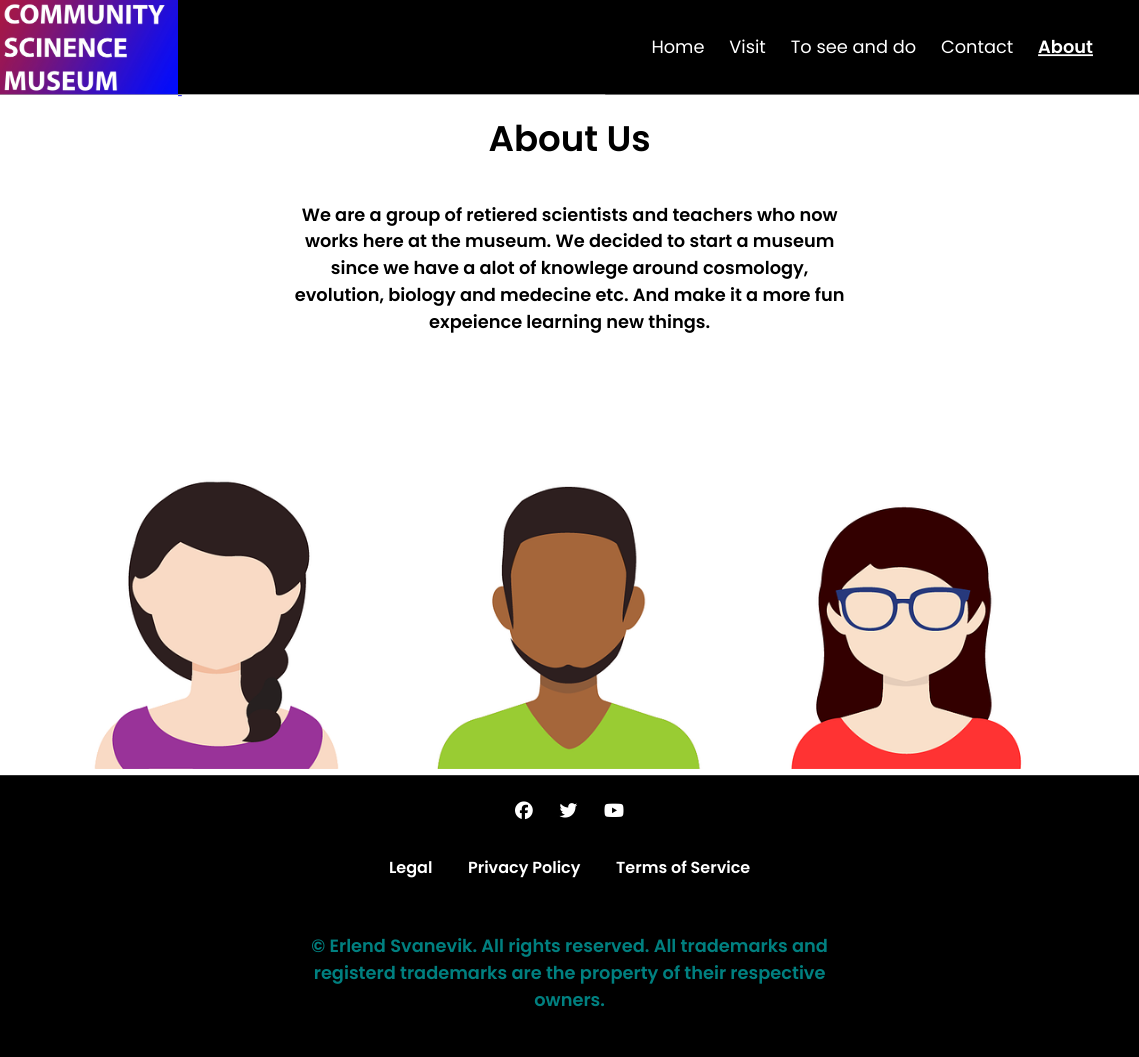
Repository: EpleWasTaken/Semester-Project
Page: about.html
These files come from the project's save history. The page is drawn as it stood at one moment and after the next save; the edit follows.
The browser window is 1280 px wide. The pictures show the whole page, at 89% of full size.
Some web libraries are served in a nearby version.

Above is the page before, as saved 2020-12-12 13:04:51.

### about.html
<!DOCTYPE html>
<html lang="en">
<head>
    <meta charset="UTF-8">
    <meta name="viewport" content="width=device-width, initial-scale=1.0">
    <meta name="keywords" content="museum, science museum, community museum">
    <meta name="author" content="Erlend Molvik Svanevik">
    <title>CMS About</title>

    <link rel="preconnect" href="https://fonts.gstatic.com">
    <link href="https://fonts.googleapis.com/css2?family=Poppins:ital,wght@0,100;0,200;0,300;0,400;0,500;0,600;1,100;1,200;1,300;1,400;1,500;1,600&display=swap" rel="stylesheet">
    <link rel="stylesheet" href="./css/styles.css">
    <link rel="stylesheet" href="./css/footer.css">
    <link rel="stylesheet" href="/css/hamburger.css">
    <script src="https://kit.fontawesome.com/cafca22d75.js" crossorigin="anonymous"></script>
</head>


<!--NAVIGAION, LOGO AND SEARCH BAR-->


<body>
    <header>
        <a href="index.html" aria-label="Go to frontpage">
            <img src="/Images/CommunityScienceMuseum.jpg" class="logo" alt="Community Science Museum logo">
        </a>
        <label class="hamburger-label" for="hamburger-menu" aria-label="Hamburger menu for navigation"><i class="fas fa-bars fa-2x"></i></label>
        <input type="checkbox" id="hamburger-menu">
        <nav>
            <ul class="nav">
                <li><a href="index.html" aria-label="Go to home page">Home</a></li>
                <li><a href="visit.html" aria-label="Go to the visit page">Visit</a></li>
                <li><a href="to-see-and-do.html" aria-label="Go to: To see and do">To see and do</a></li>
                <li><a href="contact.html" aria-label="Go to the contact page">Contact</a></li>
                <li><a href="about.html" aria-label="Go to the about page" class="active">About</a></li>
            </ul>
        </nav>
    </header>


<!--CONTENT-->


<main>
    <div class="about-container">
        <div class="about-page">
            <h2>About Us</h2>
            <p>We are a group of retiered scientists and teachers who now works here at the museum. We decided to start a museum since we have a alot of knowlege around cosmology, evolution, biology and medecine etc. And make it a more fun expeience learning new things.</p>
        </div>
    </div>
    <img src="./Images/Avatar2.png">
</main>


<!--FOOTER, TOS/LEGAL/PRIVACY-POLICY AND SOCIALS-->


    <footer class="footer">
        <div class="footer-container">
            <ul class="footer-social">
                <li>
                    <a href="#0" class="facebook"><i class="fab fa-facebook"></i></a>
                </li>
                <li>
                    <a href="#0" class="twitter"><i class="fab fa-twitter"></i></a>
                </li>
                <li>
                    <a href="#0" class="youtube"><i class="fab fa-youtube"></i></a>
                </li>
            </ul>
        </div>
        <div class="footer-container">
            <div class="footer-legal">
                <a href="#0">Legal</a>
                <a href="#0">Privacy Policy</a>
                <a href="#0">Terms of Service</a>
            </div>
            <div class="footer-copyright">
                <p>&copy; Erlend Svanevik. All rights reserved. All trademarks and registerd trademarks are the property of
                   their respective owners.
                </p>
            </div>
        </div>
    </footer>
</body>
</html>

### css/styles.css
* {
	margin: 0px;
	padding: 0px;
	box-sizing: border-box;
}

body {
	font-family: 'poppins', sans-serif;
	background: white;
}

nav {
	background-color: black;
}

header {
	background: black;
	height: 53.13px;
}

.logo {
	max-width: 100px;
}

a.fas.fa-phone,
a.fas.fa-envelope {
	display: flex;
	justify-content: center;
	align-items: center;
	font-size: 30px;
}

.contact-form {
	display: flex;
	flex-direction: column;
	justify-content: center;
	align-items: center;
	margin: auto;
}

.email {
	display: flex;
}

/* NAVIGATION/HAMBURGER MENU/CLICKEBLE
-------------------------------------------*/

/*PICTURES
-----------------------------------------------*/

.homepic,
.space,
.mammoth,
.people,
.science,
.ant {
	width: auto;
	max-width: 100%;
	height: auto;
	margin-bottom: 3vh;
}

/*TEXT/FONT/TEXT ALIGNMENY
--------------------------------------------------*/

h1 {
	display: flex;
	align-items: center;
	justify-content: center;
	margin-left: auto;
	margin-right: auto;
	font-weight: 600;
	font-size: 30px;
	margin: 40px;
	text-align: center;
}

h2 {
	display: flex;
	align-items: center;
	justify-content: center;
	margin-left: auto;
	margin-right: auto;
	font-weight: 600;
	font-size: 25px;
	margin: 40px;
	text-align: center;
}

h3 {
	display: flex;
	align-items: center;
	justify-content: center;
	font-weight: 600;
	font-size: 20px;
	margin: 40px;
	text-align: center;
}

p {
	display: flex;
	align-items: center;
	justify-content: center;
	font-weight: 600;
	font-size: 15px;
	margin: 40px;
	max-width: 70%;
	margin-left: auto;
	margin-right: auto;
	text-align: center;
}

.open-hours p {
	margin: 20px;
	margin-left: auto;
	margin-right: auto;
	align-items: center;
	justify-content: center;
	text-align: center;
}

.contact-container {
	display: flex;
	flex-direction: row;
	align-items: center;
}

.mail {
	display: flex;
	justify-content: center;
	align-items: center;
}

@media screen and (min-width: 1024px) {
	body {
		font-family: 'poppins', sans-serif;
		font-weight: 400;
	}

	header {
		height: 106.25px;
	}

	.logo {
		max-width: 200px;
	}

	.homepic {
		display: flex;
		flex-direction: column;
		justify-content: center;
		align-items: center;
		max-width: 1664px;
		margin-left: auto;
		margin-right: auto;
	}

	h1,
	h2,
	h3,
	p {
		display: flex;
		align-items: center;
		justify-content: center;
	}

	h1 {
		font-size: 60px;
		margin: 40px;
	}

	h2 {
		font-size: 40px;
		margin: 20px;
	}

	h3 {
		font-size: 30px;
		margin: 15px;
	}

	p {
		font-size: 20px;
		margin: 40px;
		max-width: 50%;
		margin-left: auto;
		margin-right: auto;
	}

	.space,
	.mammoth,
	.people,
	.science,
	.ant {
		display: flex;
		left: 0;
		right: 0;
		max-width: 800px;
		justify-content: center;
		align-items: center;
		margin: auto;
		padding: 4vh;
	}
}

### css/footer.css
/* FOOTER */

* {
	padding: 0;
	margin: 0;
	box-sizing: border-box;
}

footer {
	display: flex;
	flex-direction: column;
	justify-content: center;
	align-items: center;
	background-color: black;
	font-family: 'Poppins', sans-serif;
	font-weight: 600;
	padding: 10px;
}

.footer-container {
	display: flex;
	flex-direction: column;
	justify-content: center;
	align-items: center;
}

.footer-social {
	font-size: 35px;
}

.footer-social li a {
	color: white;
}

.footer-legal {
	display: flex;
	flex-direction: column;
	text-decoration: none;
	align-items: center;
	justify-content: center;
	font-size: 20px;
}

.footer-legal a {
	display: flex;
	text-decoration: none;
	flex-direction: row;
	padding: 15px;
}

.footer-social li a.facebook:hover {
	color: #3b5998;
}

.footer-social li a.twitter:hover {
	color: #00acee;
}

.footer-social li a.youtube:hover {
	color: #c4302b;
}

.footer-legal a {
	color: white;
}

.footer-legal a:hover {
	color: #008080;
}

.footer-copyright {
	display: flex;
	flex-direction: column;
	text-decoration: none;
	justify-content: center;
	align-items: center;
	text-align: center;
	font-size: 14px;
	color: #008080;
}

ul {
	list-style: none;
}

@media screen and (min-width: 1024px) {
	.footer-legal {
		display: flex;
		flex-direction: row;
		justify-content: center;
		align-items: center;
		font-size: 18px;
	}

	.footer-legal a {
		display: flex;
		flex-direction: row;
		justify-content: center;
		align-items: center;
		padding: 20px;
	}

	.footer-social {
		display: flex;
		flex-direction: row;
		justify-content: center;
		align-items: center;
		text-decoration: none;
	}

	.footer-container {
		text-decoration: none;
	}

	.footer-social li {
		display: flex;
		flex-direction: row;
		text-decoration: none;
		margin: 15px;
	}
}

### css/hamburger.css
* {
	margin: 0px;
	padding: 0px;
	box-sizing: border-box;
}

nav,
#hamburger-menu {
	display: none;
	z-index: 1;
}

nav ul {
	padding: 0px;
}

nav li {
	display: block;
}

ul a {
	margin: 40px;
	font-size: 20px;
}

nav a {
	text-decoration: none;
	color: white;
	display: block;
	justify-content: center;
	align-items: center;
}

.nav {
	display: block;
	position: absolute;
	justify-content: space-between;
	right: 0;
	top: 5;
	height: 100%;
	width: 100%;
	background-color: black;
	text-align: center;
}

.hamburger-label {
	color: #fff;
	padding: 10px;
	font: 1.5em;
	display: block;
	position: absolute;
	right: 0;
	top: 0px;
}

.active {
	font-weight: 600;
	text-decoration: underline;
}

#hamburger-menu:checked ~ nav {
	display: flex;
}

@media screen and (min-width: 1024px) {
	nav {
		display: inline-block;
	}

	.active {
		font-weight: 600;
		text-decoration: underline;
	}

	.hamburger-label {
		display: none;
	}

	nav ul {
		padding: 0px;
		color: #fff;
		font: 1.5em;
		display: flex;
		position: absolute;
		right: 0;
		top: 0px;
		min-width: 600px;
		align-items: center;
		padding: 38px;
	}

	nav li {
		display: block;
	}

	nav a {
		text-decoration: none;
		color: white;
		display: block;
	}

	.nav {
		display: flex;
		justify-content: space-around;
		text-decoration: none;
		background-color: black;
		height: auto;
		width: auto;
		margin: auto;
	}

	ul a {
		margin: auto;
	}
}

After the next save:
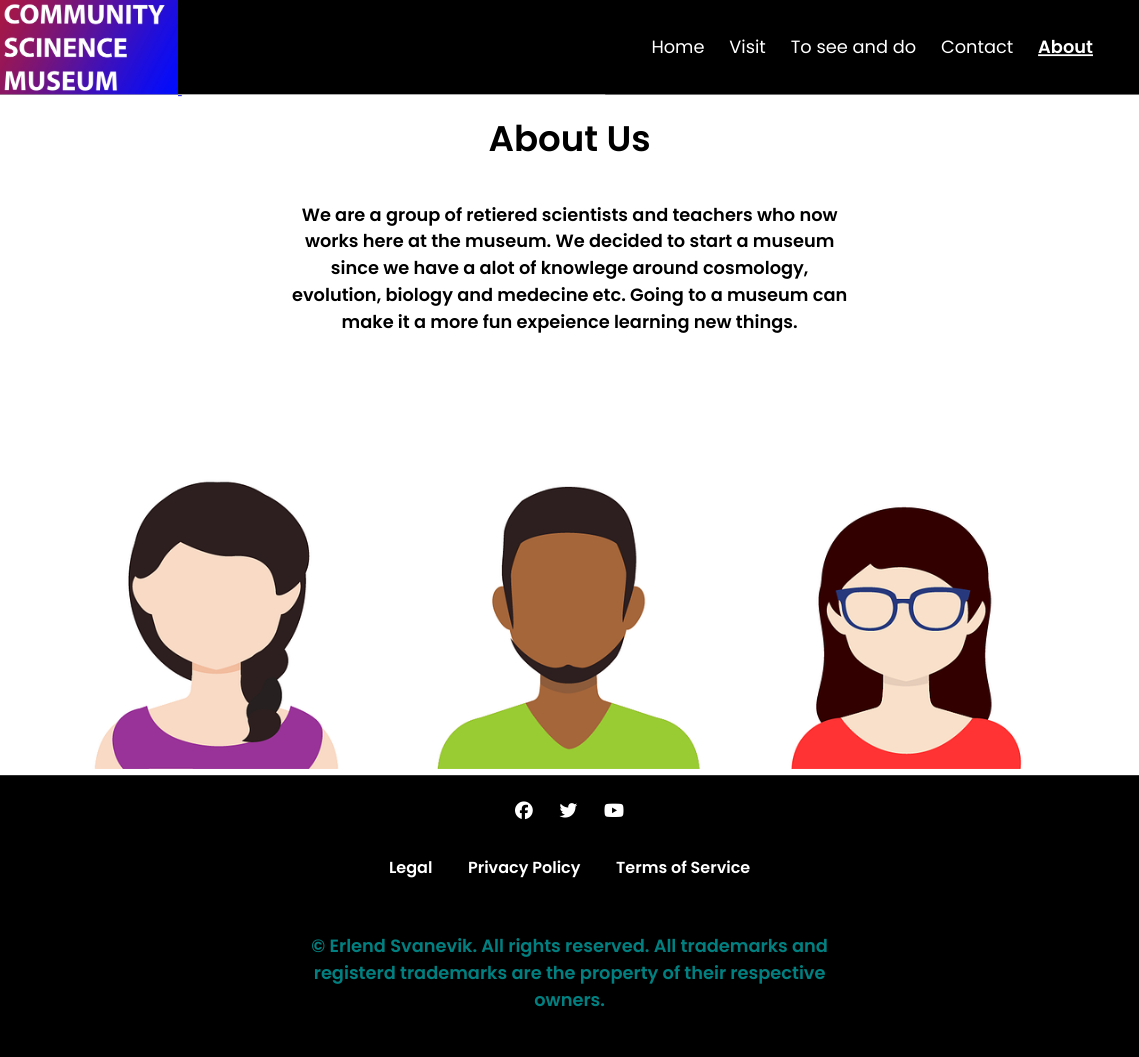
Saved 31 s later.
--- a/about.html
+++ b/about.html
@@ -45,7 +45,7 @@
     <div class="about-container">
         <div class="about-page">
             <h2>About Us</h2>
-            <p>We are a group of retiered scientists and teachers who now works here at the museum. We decided to start a museum since we have a alot of knowlege around cosmology, evolution, biology and medecine etc. And make it a more fun expeience learning new things.</p>
+            <p>We are a group of retiered scientists and teachers who now works here at the museum. We decided to start a museum since we have a alot of knowlege around cosmology, evolution, biology and medecine etc. Going to a museum can make it a more fun expeience learning new things.</p>
         </div>
     </div>
     <img src="./Images/Avatar2.png">
